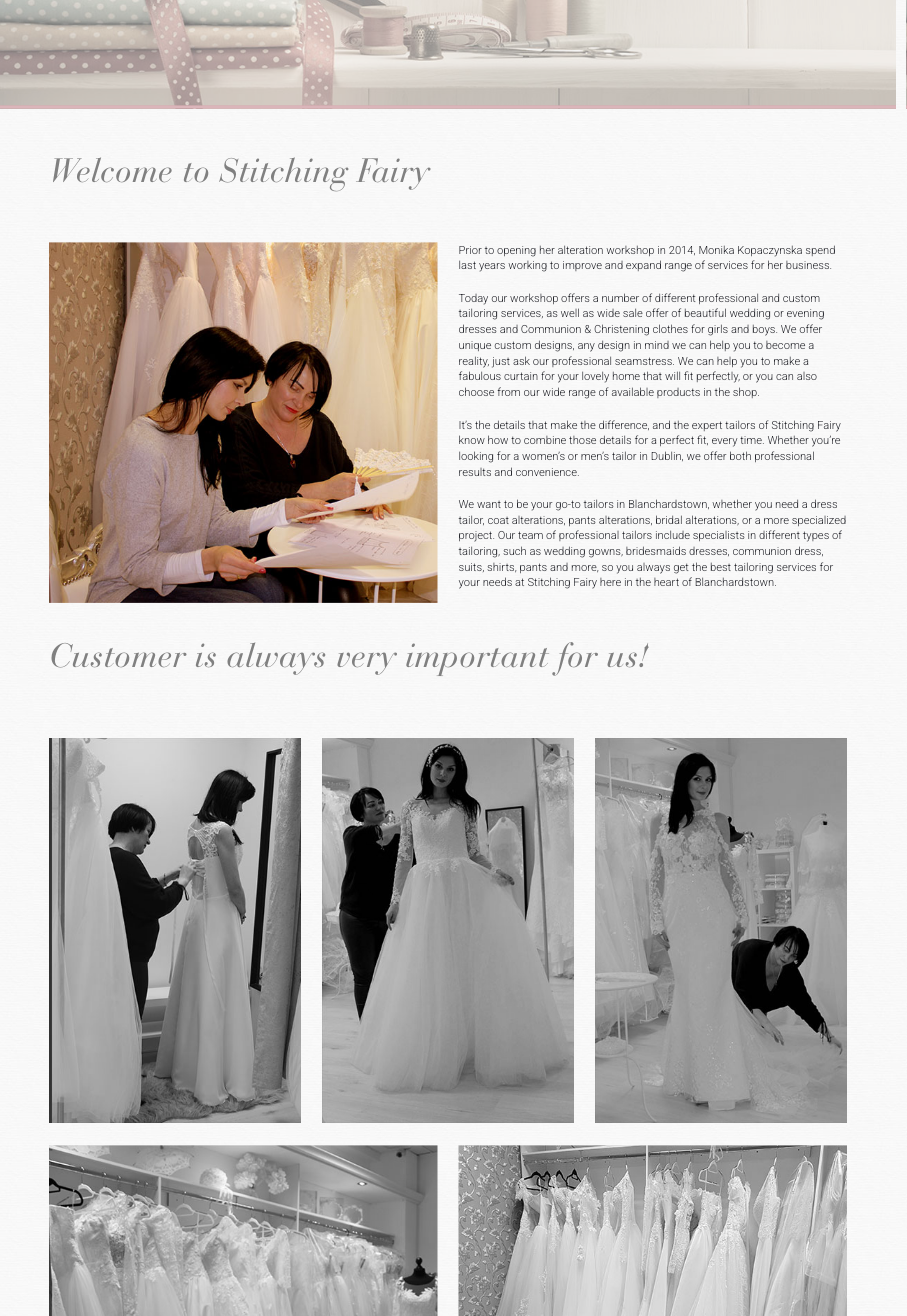
Repository: Archezi/stitchingfairyalternations
Page: pages/about.html
These files come from the project's save history. The page is drawn as it stood at one moment and after the next save; the edit follows.
The browser window is 1280 px wide. The page is 1295 px wide, so the pictures cover 1295 px, including what lies to the right of the window. The pictures show the part of the page from y = 426 to 2306 px (the page is 2988 px tall), at 70% of full size.
Some web libraries are served in a nearby version.

Above is the page before, as saved 2018-08-05 15:25:10.

### pages/about.html
<!DOCTYPE html>
<html lang="en">
<head>
    <meta charset="UTF-8">
    <meta name="viewport" content="width=device-width, initial-scale=1.0">
    <meta http-equiv="X-UA-Compatible" content="ie=edge">
    <link rel="apple-touch-icon" sizes="57x57" href="../images/icons/favicon/apple-icon-57x57.png">
    <link rel="apple-touch-icon" sizes="60x60" href="../images/icons/favicon/apple-icon-60x60.png">
    <link rel="apple-touch-icon" sizes="72x72" href="../images/icons/favicon/apple-icon-72x72.png">
    <link rel="apple-touch-icon" sizes="76x76" href="../images/icons/favicon/apple-icon-76x76.png">
    <link rel="apple-touch-icon" sizes="114x114" href="../images/icons/favicon/apple-icon-114x114.png">
    <link rel="apple-touch-icon" sizes="120x120" href="../images/icons/favicon/apple-icon-120x120.png">
    <link rel="apple-touch-icon" sizes="144x144" href="../images/icons/favicon/apple-icon-144x144.png">
    <link rel="apple-touch-icon" sizes="152x152" href="../images/icons/favicon/apple-icon-152x152.png">
    <link rel="apple-touch-icon" sizes="180x180" href="../images/icons/favicon/apple-icon-180x180.png">
    <link rel="icon" type="image/png" sizes="192x192"  href="../images/icons/favicon/android-icon-192x192.png">
    <link rel="icon" type="image/png" sizes="32x32" href="../images/icons/favicon/favicon-32x32.png">
    <link rel="icon" type="image/png" sizes="96x96" href="../images/icons/favicon/favicon-96x96.png">
    <link rel="icon" type="image/png" sizes="16x16" href="../images/icons/favicon/favicon-16x16.png">
    <link rel="manifest" href="../images/icons/favicon/manifest.json">
    <meta name="msapplication-TileColor" content="#ffffff">
    <meta name="msapplication-TileImage" content="/ms-icon-144x144.png">
    <meta name="theme-color" content="#ffffff">
    <title>Stitching Fairy- About Page </title>
    <link href="https://fonts.googleapis.com/css?family=Roboto:300,400,500,700" rel="stylesheet">
    <link rel="stylesheet" href="../css/bootstrap-grid.min.css">
    <link rel="stylesheet" href="https://use.fontawesome.com/releases/v5.2.0/css/all.css" integrity="sha384-hWVjflwFxL6sNzntih27bfxkr27PmbbK/iSvJ+a4+0owXq79v+lsFkW54bOGbiDQ" crossorigin="anonymous">
    <link rel="stylesheet" href="../css/style.css">
    <title>STF-REDO</title>
</head>
<body>
    <header id="main-nav">
        <!-- <div class="container"> -->

            <div id="logo">
                <a href="../index.html" class="logo_link">
                    <img src="../images/logo.png" alt="Stitching Fairy Logo">
                </a>
            </div>

            <a href="#" id="navigation"><i class="fa fa-bars"></i></a>
            <!-- activation button for mobile vesion of navigation -->

            <div id="slide_out_menu">   <!-- container for mobile navigation -->
                <a href="#" class="menu-close"><i class="fa fa-times"></i></a>
                <div class="logo"><img src="../images/logo_white_name.png" alt="Stitching Fairy Logo"></div>

               <nav class="navigation">
                   <ul class="navigation__list">
                       <li class="navigation__item"><a href="../index.html" class="navigation__link">Home</a></li>
                       <li class="navigation__item"><a href="bridal.html" class="navigation__link">Bridal</a></li>
                       <li class="navigation__item"><a href="chritening.html" class="navigation__link">Christening</a></li>
                       <li class="navigation__item"><a href="occasional.html" class="navigation__link">Occasional</a></li>
                       <li class="navigation__item"><a href="communion.html" class="navigation__link">Communion</a></li>
                       <li class="navigation__item"><a href="alterations.html" class="navigation__link">Alterations</a></li>
                       <li class="navigation__item"><a href="about.html" class="navigation__link">About Us</a></li>
                       <li class="navigation__item"><a href="contact.html" class="navigation__link">Contact</a></li>


                   </ul>
               </nav>
               <div class="fast_link">
                <ul class="navigation__list">
                        <!-- <i class="fas fa-map-marked-alt"></i> -->
                        <li class="navigation__item"><a href="https://goo.gl/maps/gM81w9g9rFr" class="navigation__link"><img src="../images/icons/svg/google.svg" alt=""> Direction - Google Map</a></li>
                        <li class="navigation__item"><a href="tel:+353863786401" class="navigation__link"><i class="fas fa-phone"></i>+353 (0) 863786401</a></li>
                </ul>
               </div>

               <div class="slide_out_menu_footer">
                   <div class="more-info">
                        <p>© 2018 Stitching Fairy. All Rights Reserved. </p>
                        <p>Developed by <a href="#">Lukasz Kaczmarek</a></p>
                   </div>

                   <ul class="socials">
                        <li class="socials__item"><a class="socials__link" href="https://www.facebook.com/StitchingFairyClothesAlterations/"><i class="fab fa-facebook"></i></a></li>
                        <!-- <li class="socials__item"><a class="socials__link" href="#"><i class="fab fa-pinterest-p"></i></a></li> -->
                        <li class="socials__item"><a class="socials__link" href="https://www.instagram.com/explore/locations/655352101252379/stitching-fairy-clothes-alterations/"><i class="fab fa-instagram"></i></a></li>
                    </ul>
               </div>


            </div>

            <nav id="navigation__nav">
                <ul class="nav-list">
                    <li class=" logo_fixed_nav"><a href="#" class="nav-link"><img src="../images/logo_name_pink.png" alt="Stitching Fairy"></a></li>
                    <li class="nav-item"><a href="../index.html" class="nav-link">Home</a></li>
                    <li class="nav-item"><a href="bridal.html" class="nav-link">Bridal</a></li>
                    <li class="nav-item"><a href="chritening.html" class="nav-link">Christening</a></li>
                    <li class="nav-item"><a href="occasional.html" class="nav-link">Occasional</a></li>
                    <li class="nav-item"><a href="communion.html" class="nav-link">Communion</a></li>
                    <li class="nav-item"><a href="alterations.html" class="nav-link">Alterations</a></li>
                    <li class="nav-item"><a href="about.html" class="nav-link">About Us</a></li>
                    <li class="nav-item"><a href="contact.html" class="nav-link">Contact</a></li>
                </ul>
            </nav>


        <!-- </div> container -->
    </header> <!-- Main navigation for Desktop and Mobile-->
    <section class="header header__about-page">
        <div class="welcome-text">
            <h1 class="welcome-heading">About</h1>
        </div>
    </section> <!--Header Img with caption-->

    <section id="about_page">
        <div class="container">
                <h2 class="article_heading">Welcome to Stitching Fairy</h2>
            <div class="row">
                    <div class="col-md-6 col-xs-12">
                        <picture>
                            <source class="img-responsive" srcset="../images/about/about_image.jpg " media="(max-width:779px)">
                            <source class="img-responsive" srcset="../images/about/about_image.jpg" media="(min-width:780px)" >
                            <img class="img-responsive" src="../images/about/about_image.jpg" alt="About Image" >
                        </picture>
                    </div>
                    <div class="about-text col-md-6 col-xs-12 ">
                        <p>
                            Prior to opening her alteration workshop in 2014, Monika Kopaczynska spend last years working to improve and expand range of services for her business.
                        </p>
                        <p>
                            Today our workshop offers a number of different professional and custom tailoring services, as well as wide sale offer of beautiful wedding or evening dresses and Communion & Christening clothes for girls and boys. We offer unique custom  designs, any design in mind we can help you to become a reality, just ask our professional seamstress. We can help you to make a fabulous curtain for your lovely home that will fit perfectly, or you can also choose from our wide range of available products in the shop.
                        </p>

                        <p>
                                It’s the details that make the difference, and the expert tailors of Stitching Fairy know how to combine those details for a perfect fit, every time.
                                Whether you’re looking for a women’s or men’s tailor in Dublin, we offer both professional results and convenience.
                        </p>
                        <p>
                                We want to be your go-to tailors in Blanchardstown, whether you need a dress tailor, coat alterations, pants alterations, bridal alterations, or a more specialized project. Our team of professional tailors include specialists in different types of tailoring, such as wedding gowns, bridesmaids dresses, communion dress, suits, shirts, pants and more, so you always get the best tailoring services for your needs at Stitching Fairy here in the heart of Blanchardstown.
                        </p>
                    </div>
            </div>


        </div>
        <div class="container">
                <h2 class="article_heading">Customer is always very important for us!</h2>
            <div class="row">
                    <div class=" about_gallery col-md-4 col-xs-12">
                        <picture>
                            <source class="img-responsive" srcset="../images/about/about_gallery_01.jpg " media="(max-width:779px)">
                            <source class="img-responsive" srcset="../images/about/about_gallery_01.jpg" media="(min-width:780px)" >
                            <img class="img-responsive" src="../images/about/about_gallery_01.jpg" alt="About Image" >
                        </picture>
                    </div>
                    <div class=" about_gallery col-md-4 col-xs-12">
                        <picture>
                            <source class="img-responsive" srcset="../images/about/about_gallery_02.jpg " media="(max-width:779px)">
                            <source class="img-responsive" srcset="../images/about/about_gallery_02.jpg" media="(min-width:780px)" >
                            <img class="img-responsive" src="../images/about/about_gallery_02.jpg" alt="About Image" >
                        </picture>
                    </div>
                    <div class="about_gallery col-md-4 col-xs-12">
                        <picture>
                            <source class="img-responsive" srcset="../images/about/about_gallery_03.jpg " media="(max-width:779px)">
                            <source class="img-responsive" srcset="../images/about/about_gallery_03.jpg" media="(min-width:780px)" >
                            <img class="img-responsive" src="../images/about/about_gallery_03.jpg" alt="About Image" >
                        </picture>
                    </div>
                    <div class="about_gallery col-md-6 col-xs-12">
                        <picture>
                            <source class="img-responsive" srcset="../images/about/about_gallery_04.jpg " media="(max-width:779px)">
                            <source class="img-responsive" srcset="../images/about/about_gallery_04.jpg" media="(min-width:780px)" >
                            <img class="img-responsive" src="../images/about/about_gallery_04.jpg" alt="About Image" >
                        </picture>
                    </div>
                    <div class="about_gallery col-md-6 col-xs-12">
                        <picture>
                            <source class="img-responsive" srcset="../images/about/about_gallery_05.jpg " media="(max-width:779px)">
                            <source class="img-responsive" srcset="../images/about/about_gallery_05.jpg" media="(min-width:780px)" >
                            <img class="img-responsive" src="../images/about/about_gallery_05.jpg" alt="About Image" >
                        </picture>
                    </div>

            </div>
        </div>
    </section>

    <div class="row">
        <div class="container">
            <div id="scroll-top" class="back-to-top">
                <a href="#main-nav">Back to top</a>
            </div>
        </div>
    </div> <!-- back to top-->


    <footer id="footer">
        <div class="container">
            <div class="row social">
                <ul class="socials">
                    <li class="socials__item"><a class="socials__link" target="_blank" href="https://www.facebook.com/StitchingFairyClothesAlterations/"><i class="fab fa-facebook fa-5x"></i></a></li>
                    <!-- <li class="socials__item"><a class="socials__link" target="_blank" href="#"><i class="fab fa-pinterest-p fa-5x"></i></a></li> -->
                    <li class="socials__item"><a class="socials__link" target="_blank" href="https://www.instagram.com/explore/locations/655352101252379/stitching-fairy-clothes-alterations/"><i class="fab fa-instagram fa-5x"></i></a></li>
                </ul>
            </div>
            <div class="row footer-contact">
                <ul class="footer-contact-info">
                    <li>STITCHING FAIRY</li>
                    <li class="separator">|</li>
                    <li>Unit 43 Porters Road, <br> Collmin Industrial Estate</li>
                    <li class="separator">|</li>
                    <li> Dublin 15, D15 NF72 </li>
                    <li class="separator">|</li>
                    <li>stitchingfairyclothes@gmail.com </li>
                    <li class="separator">|</li>
                    <li><a class="link_default" href="tel:+353863786401">+353 (0) 863786401</a></li>


                </ul>
            </div>
            <div class="row legal">
                    <div class="copyright">
                        <span> © 2018 Stitching Fairy. All Rights Reserved.</span>
                    </div>
                    <div class="credits">
                        <span>Developed by <a href="#">Lukasz Kaczmarek</a></span>
                    </div>
            </div>
        </div>
    </footer>




    <script src="../js/jquery.min.js"></script>
    <script src="../js/myscript.js"></script>
</body>
</html>

### js/myscript.js
$(document).ready(function(){


    // Scroll Events
	$(window).scroll(function(){

		var wScroll = $(this).scrollTop();

		// Activate menu
		if (wScroll > 20) {
			$('#main-nav').addClass('active');

			// $('#slide_out_menu').addClass('scrolled');
		}
		else {
			$('#main-nav').removeClass('active');
			// $('#slide_out_menu').removeClass('scrolled');
		};


		//Scroll Effects

	});

	$(window).scroll(function(){

		var wScroll = $(this).scrollTop();

		// Fixed navigation on large screens
		if(wScroll > 135) {
			$('#navigation__nav').addClass('sticky_top');
			$('.logo_fixed_nav').css('display','block');
		} else {
			$('#navigation__nav').removeClass('sticky_top');
			$('.logo_fixed_nav').css('display','none');
		}
	});

    $('#navigation').on('click', function(e){
		e.preventDefault();
		$(this).addClass('open');
		$('#slide_out_menu').toggleClass('open');

		if ($('#slide_out_menu').hasClass('open')) {
			$('.menu-close').on('click', function(e){
				e.preventDefault();
				$('#slide_out_menu').removeClass('open');
			})
		}
	});


	// Back to top smmoot animation
	$(window).scroll(function(){
        if ($(this).scrollTop() > 100) {
            $('#scroll').fadeIn();
        } else {
            $('#scroll').fadeOut();
        }
    });
    $('#scroll-top').click(function(){
        $("html, body").animate({ scrollTop: 0 }, 600);
        return false;
	});







});

Loaded but not shown: css/bootstrap-grid.min.css (library); css/style.css (library); js/jquery.min.js (library)

After the next save:
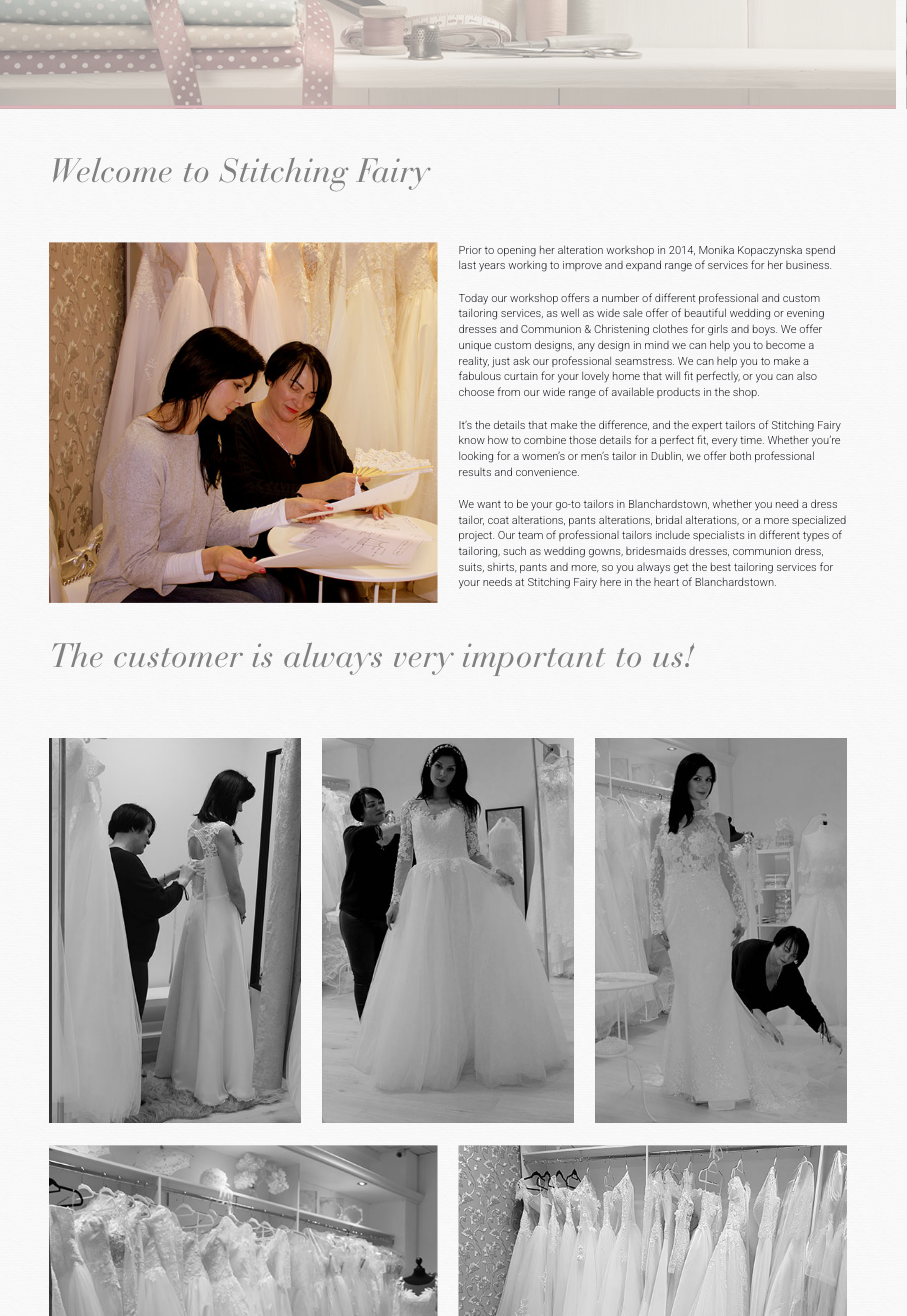
Saved 2 min 39 s later.
--- a/pages/about.html
+++ b/pages/about.html
@@ -138,7 +138,7 @@
 
         </div>
         <div class="container">
-                <h2 class="article_heading">Customer is always very important for us!</h2>
+                <h2 class="article_heading">The customer is always very important to us!</h2>
             <div class="row">
                     <div class=" about_gallery col-md-4 col-xs-12">
                         <picture>
